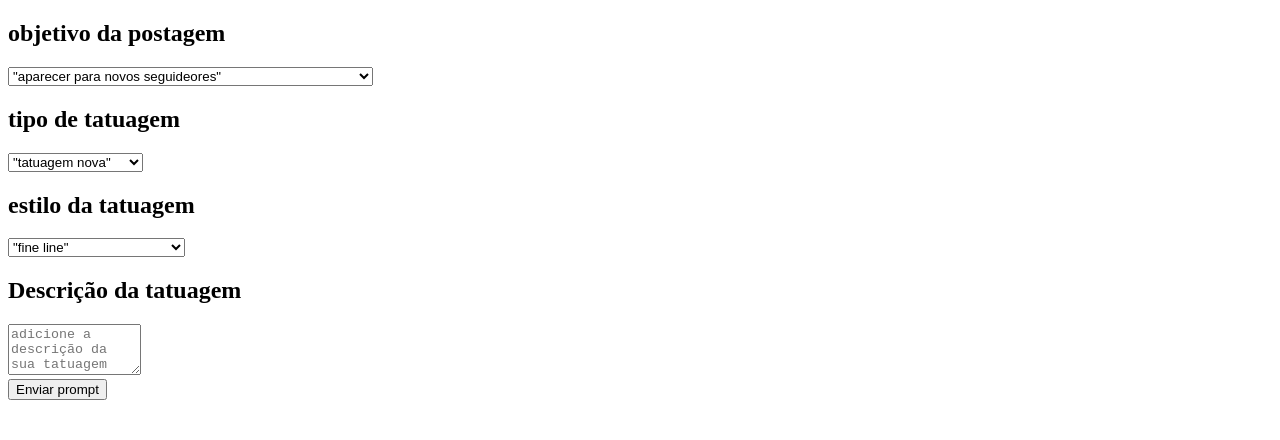
Repository: Ubiratandev/ink_api
Page: ink_IA/ink_ia.html
An editor plug-in stored every save of this project. The page is shown before and after the next save, followed by the edit.
The browser window is 1280 px wide. The pictures show the whole page.

Above is the page before, as saved 2026-03-23 23:07:27.

After the next save:
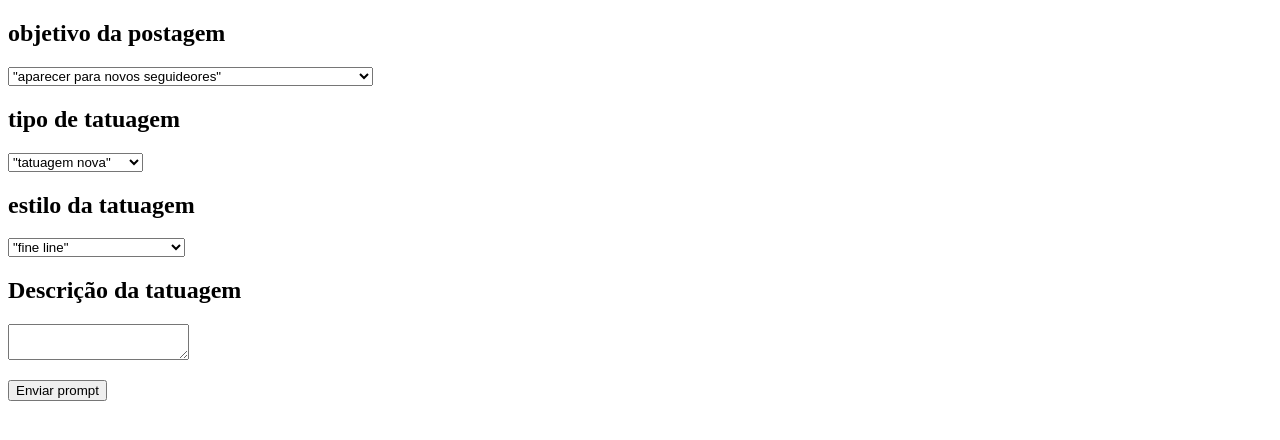
Saved 84 s later.
--- a/ink_IA/ink_ia.html
+++ b/ink_IA/ink_ia.html
@@ -60,19 +60,27 @@
    </script>
    </div>
 
+<div>
+  <h2>Descrição da tatuagem</h2>
 
-   <div>
-    <h2>Descrição da tatuagem</h2>
-     <form >
-        <textarea rows = 3 cols = 14 placeholder ="adicione a descrição da sua tatuagem" id = "descricao"></textarea>
-     </form>
-     <script>
-            let desc = "";
-            const descricao = document.getElementById("descricao");
-            descricao.addEventListener("input", (e)=>{desc =  e.target.value})
-     </script>
-   </div>
+  <textarea id="descricao"></textarea>
 
+  <p id="saida"></p>
+
+  <script>
+    let desc = "";
+
+    const descricao = document.getElementById("descricao");
+    const saida = document.getElementById("saida");
+
+    descricao.addEventListener("input", () => {
+      desc = descricao.value;
+
+      // mostra na tela
+      saida.innerText = desc;
+    });
+  </script>
+</div>
 
    <div>
    <button value = "enviar" onclick = {enviarPrompt()}>Enviar prompt</button>
